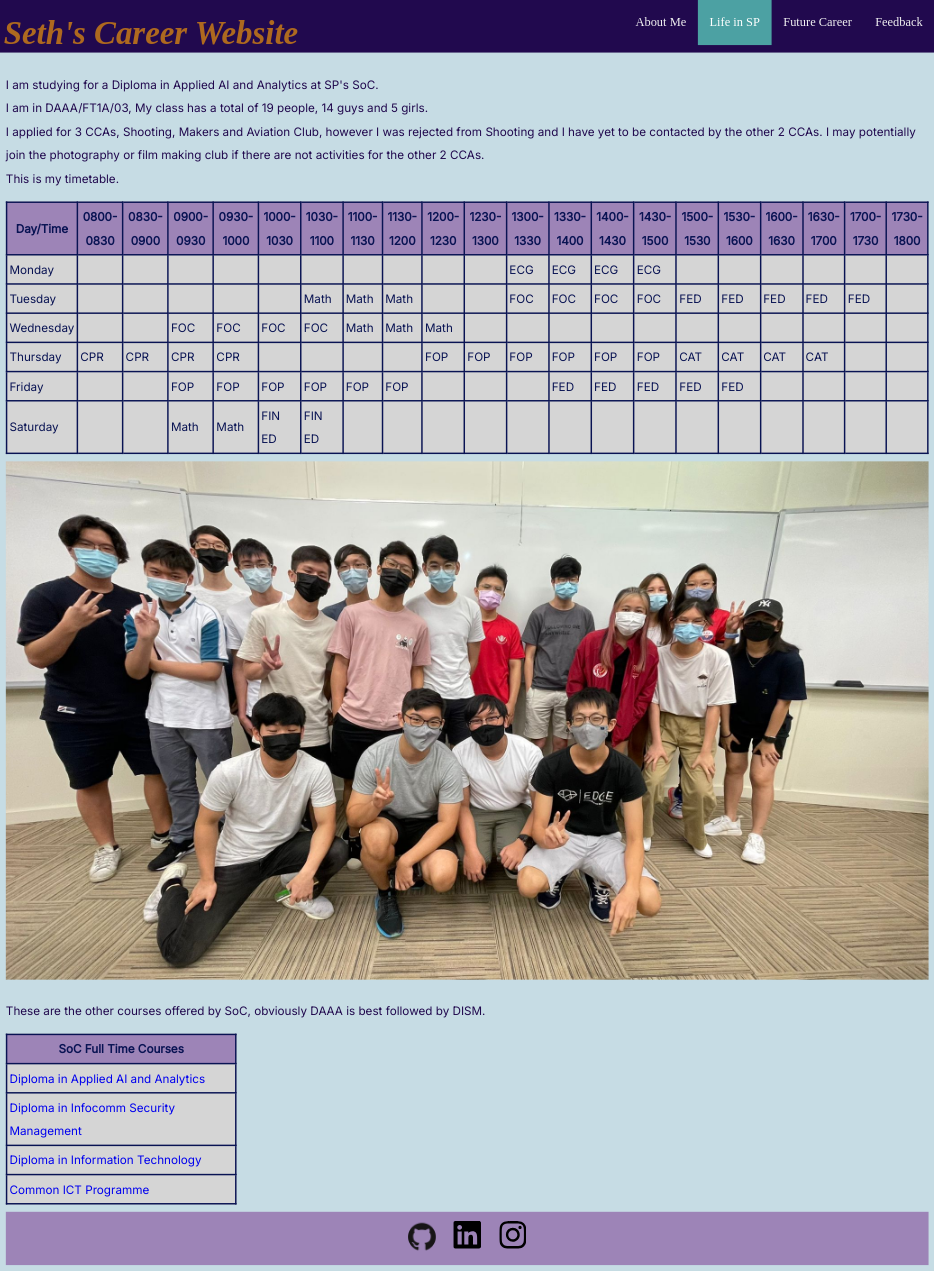
Repository: idkSeth/SP-FED-Website
Page: life.html
The author's editor kept a record of every edit. The page is drawn from the files as they stood at one moment, then again after the next edit.
The browser window is 1280 px wide. The pictures show the whole page, at 73% of full size.
Some web fonts or font styles are not loaded; a fallback is used.

Above is the page before.

### life.html
<!DOCTYPE html>
<html lang="en">
<head>
    <title>Seth's Career Website</title>
    <link rel="icon" type="image" href="/images/favicon.png">
    <meta charset="UTF-8">
    <script src="scripts.js"></script>
    <noscript>Your browser does not support JavaScript! Please use a browser that supports JavaScript.</noscript>
    <link rel="preconnect" href="https://fonts.googleapis.com">
    <link rel="preconnect" href="https://fonts.gstatic.com" crossorigin>
    <link href="https://fonts.googleapis.com/css2?family=ZCOOL+QingKe+HuangYou&display=swap" rel="stylesheet">
    <link href="https://fonts.googleapis.com/css2?family=Inter&family=Open+Sans&display=swap" rel="stylesheet">
    <link rel="stylesheet" href="styles.css">
</head>

<body>
    <header>
        <a class="awesome" href="index.html">Seth's Career Website</a>
        <div class="topnav">
            <a href="index.html">About Me</a>
            <a class="current" href="life.html">Life in SP</a>
            <a href="future.html">Future Career</a>
            <a href="feedback.html">Feedback</a>
        </div>
    </header>

    <div>
        <p>
            I am studying for a Diploma in Applied AI and Analytics at SP's SoC. <br>
            I am in DAAA/FT1A/03, My class has a total of 19 people, 14 guys and 5 girls. <br>
            I applied for 3 CCAs, Shooting, Makers and Aviation Club, however I was rejected from Shooting and I have yet to be contacted by the other 2 CCAs.
            I may potentially join the photography or film making club if there are not activities for the other 2 CCAs.

            <br> This is my timetable.
        </p>
    </div>


    <table class="timetable">
        <thead>
            <tr>
                <th>Day/Time</th>
                <th>0800-0830</th>
                <th>0830-0900</th>
                <th>0900-0930</th>
                <th>0930-1000</th>
                <th>1000-1030</th>
                <th>1030-1100</th>
                <th>1100-1130</th>
                <th>1130-1200</th>
                <th>1200-1230</th>
                <th>1230-1300</th>
                <th>1300-1330</th>
                <th>1330-1400</th>
                <th>1400-1430</th>
                <th>1430-1500</th>
                <th>1500-1530</th>
                <th>1530-1600</th>
                <th>1600-1630</th>
                <th>1630-1700</th>
                <th>1700-1730</th>
                <th>1730-1800</th>
            </tr>
        </thead>
        <tbody>
          <tr>
            <td>Monday</td>
            <td></td>
            <td></td>
            <td></td>
            <td></td>
            <td></td>
            <td></td>
            <td></td>
            <td></td>
            <td></td>
            <td></td>
            <td>ECG</td>
            <td>ECG</td>
            <td>ECG</td>
            <td>ECG</td>
            <td></td>
            <td></td>
            <td></td>
            <td></td>
            <td></td>
            <td></td>
          </tr>
          <tr>
            <td>Tuesday</td>
            <td></td>
            <td></td>
            <td></td>
            <td></td>
            <td></td>
            <td>Math</td>
            <td>Math</td>
            <td>Math</td>
            <td></td>
            <td></td>
            <td>FOC</td>
            <td>FOC</td>
            <td>FOC</td>
            <td>FOC</td>
            <td>FED</td>
            <td>FED</td>
            <td>FED</td>
            <td>FED</td>
            <td>FED</td>
            <td></td>
          </tr>
          <tr>
            <td>Wednesday</td>
            <td></td>
            <td></td>
            <td>FOC</td>
            <td>FOC</td>
            <td>FOC</td>
            <td>FOC</td>
            <td>Math</td>
            <td>Math</td>
            <td>Math</td>
            <td></td>
            <td></td>
            <td></td>
            <td></td>
            <td></td>
            <td></td>
            <td></td>
            <td></td>
            <td></td>
            <td></td>
            <td></td>
          </tr>
          <tr>
            <td>Thursday</td>
            <td>CPR</td>
            <td>CPR</td>
            <td>CPR</td>
            <td>CPR</td>
            <td></td>
            <td></td>
            <td></td>
            <td></td>
            <td>FOP</td>
            <td>FOP</td>
            <td>FOP</td>
            <td>FOP</td>
            <td>FOP</td>
            <td>FOP</td>
            <td>CAT</td>
            <td>CAT</td>
            <td>CAT</td>
            <td>CAT</td>
            <td></td>
            <td></td>
          </tr>
          <tr>
            <td>Friday</td>
            <td></td>
            <td></td>
            <td>FOP</td>
            <td>FOP</td>
            <td>FOP</td>
            <td>FOP</td>
            <td>FOP</td>
            <td>FOP</td>
            <td></td>
            <td></td>
            <td></td>
            <td>FED</td>
            <td>FED</td>
            <td>FED</td>
            <td>FED</td>
            <td>FED</td>
            <td></td>
            <td></td>
            <td></td>
            <td></td>
          </tr>
          <tr>
            <td>Saturday</td>
            <td></td>
            <td></td>
            <td>Math</td>
            <td>Math</td>
            <td>FIN ED</td>
            <td>FIN ED</td>
            <td></td>
            <td></td>
            <td></td>
            <td></td>
            <td></td>
            <td></td>
            <td></td>
            <td></td>
            <td></td>
            <td></td>
            <td></td>
            <td></td>
            <td></td>
            <td></td>
          </tr>
      </tbody>
    </table>


    <img src="images/class.jpeg" alt="My Class">

    <p>
        These are the other courses offered by SoC, obviously DAAA is best followed by DISM.
    </p>

    <div>
        <table class="courses">
            <thead>
                <tr>
                    <th>SoC Full Time Courses</th>
                </tr>
            </thead>

            <tbody>
                <tr>
                    <td>
                        <a href="https://www.sp.edu.sg/soc/courses/full-time-diplomas/applied-AI-and-analytics">Diploma in Applied AI and Analytics</a>
                    </td>
                </tr>
                <tr>
                    <td>
                        <a href="https://www.sp.edu.sg/soc/courses/full-time-diplomas/infocomm-security-management">Diploma in Infocomm Security Management</a>
                    </td>
                </tr>
                <tr>
                    <td>
                        <a href="https://www.sp.edu.sg/soc/courses/full-time-diplomas/information-technology">Diploma in Information Technology</a>
                    </td>
                </tr>
                <tr>
                    <td>
                        <a href="https://www.sp.edu.sg/soc/courses/full-time-diplomas/common-ict-programme">Common ICT Programme</a>
                    </td>
                </tr>
            </tbody>
        </table>
    </div>

    <footer>
        <div id="social">
            <a href="https://github.com/idkSeth" target="_blank" rel="noopener"><img src="images/icons/GitHub-Mark-120px-plus.png" alt="GitHub"></a>
            <a href="https://www.linkedin.com/in/seth-yong-00672b229/" target="_blank" rel="noopener"><img src="/images/icons/linkedin-brands.svg" alt="LinkedIn"></a>
            <a href="https://www.instagram.com/ds047_seth" target="_blank" rel="noopener"><img src="/images/icons/instagram-brands.svg" alt="Instagram"></a>
        </div>
    </footer>

</body>

### styles.css
body {
    background-color:  #C6DCE4;
    margin-top: 100px;
    padding: 0;
    font-family: 'Inter', sans-serif;
    font-weight: normal;
    line-height: 2;
}

#about {
    align-content: center;
    margin: auto;
    padding: auto;
    text-align: center;
    top: 50%;
    text-align: left;
    margin: auto;
    width: 100%;
    height: 100%;
}

#social {
  text-align: center;
  width: 100%;
}

#social a img {
  width: 3%;
  padding: 10px;
}

p {
    color:#21094E;
}

img {
  object-fit: contain;
  width: 100%;
  margin: auto;
}

footer {
  background-color: #9D84B7;
  bottom: 0;
  left: 0;
  width: 100%;
  margin: 0;
  padding: 0;
}


header {
  font-family: 'ZCOOL QingKe HuangYou', cursive;
  background-color: #21094E;
  min-width: 100%;
  width: 100%;
  height: 10%;
  left: 0;
  top: 0;
  position: absolute;
}

header a {
  padding-left: 5px;
}


/* Add a black background color to the top navigation */
.topnav {
  overflow: hidden;
  float: right;
}

/* Style the links inside the navigation bar */
.topnav a {
  float: left;
  color: #f2f2f2;
  text-align: center;
  padding: 14px 16px;
  text-decoration: none;
  font-size: 17px;
}

/* Change the color of links on hover */
.topnav a:hover {
  background-color: #ddd;
  color: black;
}

/* Highlight current page */
.topnav .current {
  background-color: #4CA1A3;
  color: white;
}

a {
  text-decoration: None;
}

.awesome {
    font-family: futura;
    font-style: italic;
    color: #313131;
    font-size: 45px;
    font-weight: bold;
    -webkit-animation: colorchange 20s infinite alternate;
  }

  @-webkit-keyframes colorchange {
    0% {
      color: blue;
    }
    10% {
      color: #8e44ad;
    }
    20% {
      color: #1abc9c;
    }
    30% {
      color: #d35400;
    }
    40% {
      color: blue;
    }
    50% {
      color: #34495e;
    }
    60% {
      color: blue;
    }
    70% {
      color: #2980b9;
    }
    80% {
      color: #f1c40f;
    }
    90% {
      color: #2980b9;
    }
    100% {
      color: pink;
    }
  }

input[type=text], input[type=email] {
  width: 100%;
  padding: 12px 20px;
  margin: 8px 0;
  box-sizing: border-box;
}

input[type=text]:focus, input[type=email]:focus {
  border: 3px solid #555;
}

input[type=button], input[type=submit], input[type=reset] {
  background-color: #04AA6D;
  border: none;
  color: white;
  padding: 16px 32px;
  text-decoration: none;
  margin: 4px 2px;
  cursor: pointer;
}

.timetable {
  width: 100%;
  background-color: #d5d5d5;
  border-collapse: collapse;
  border-width: 2px;
  border-color: #091353;
  border-style: solid;
  color: #091353;
  margin-bottom: 10px;
}

table td, table th {
  border-width: 2px;
  border-color: #091353;
  border-style: solid;
  padding: 3px;
}

table thead {
  background-color: #9d84b7;
}

.courses {
  width: 25%;
  background-color: #d5d5d5;
  border-collapse: collapse;
  border-width: 2px;
  border-color: #091353;
  border-style: solid;
  color: #091353;
  margin-bottom: 10px;
}

Loaded but not shown: scripts.js (no stored copy; drawn as an empty file)

After the next edit:
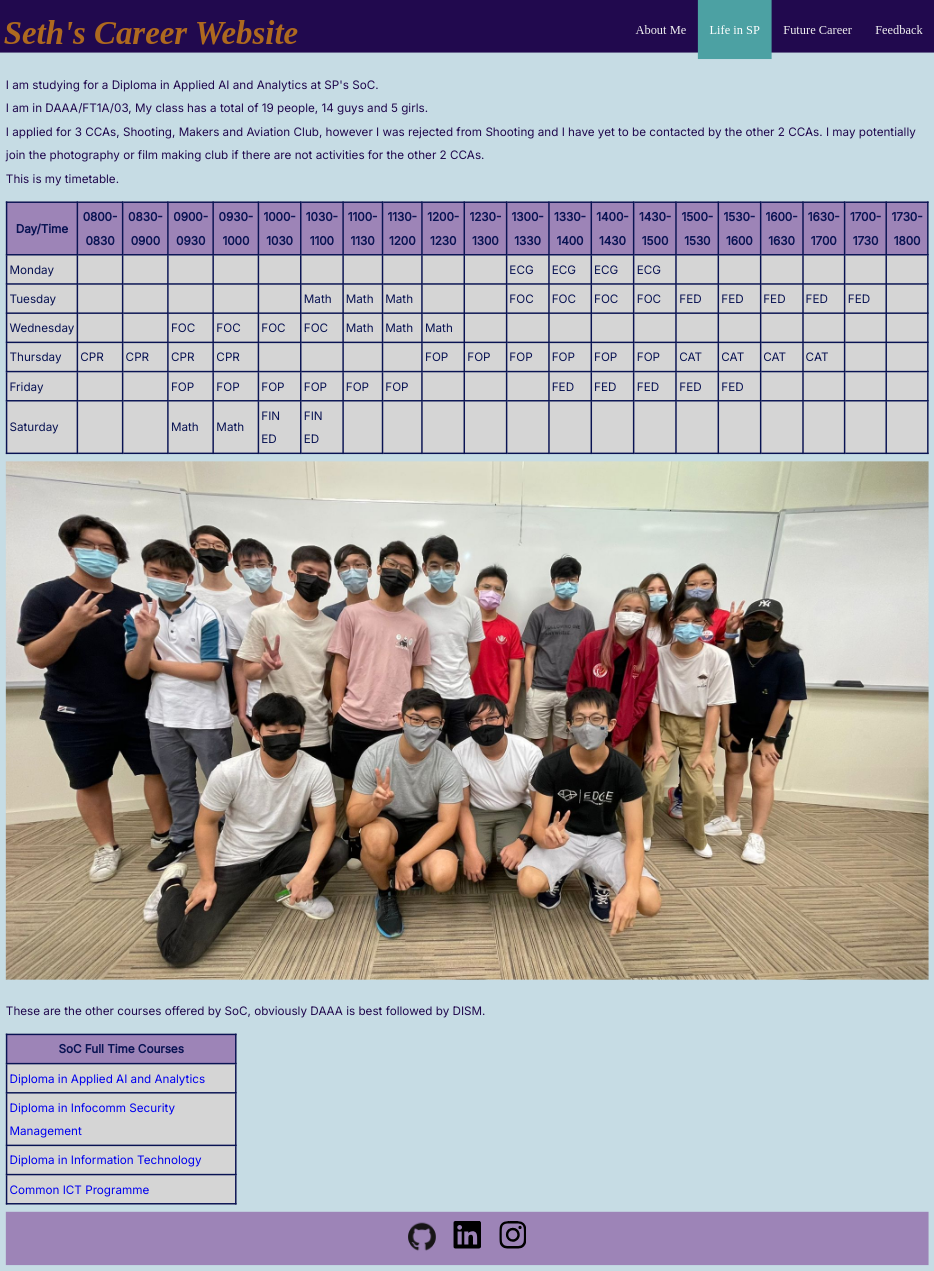
The edit:
--- a/styles.css
+++ b/styles.css
@@ -76,7 +76,7 @@
   float: left;
   color: #f2f2f2;
   text-align: center;
-  padding: 14px 16px;
+  padding: calc(10% - 19px) 16px;
   text-decoration: none;
   font-size: 17px;
 }
